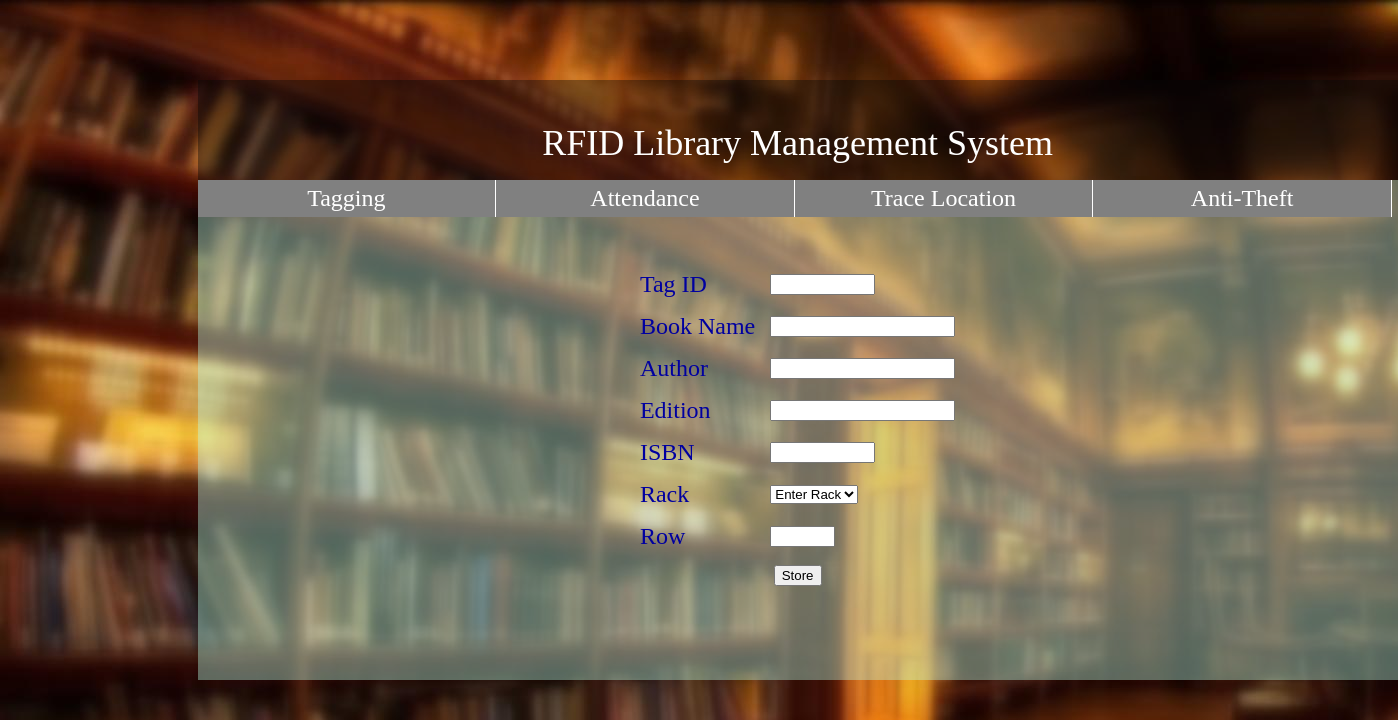
Repository: vigineshs/A-Smart-Data-Analyzer-for-Library-Management-System
Page: http://localhost/librarymgmt/tag.jsp
The author's editor kept a copy of each file at every save. The page is drawn from the files as they stood at one save, then again after the next save.
The browser window is 1280 px wide. The page is 1398 px wide, so the pictures cover 1398 px, including what lies to the right of the window. The pictures show the whole page.
The page is served by Tomcat 9.

Above is the page before, as saved 2013-02-11 16:05:21.

After the next save:
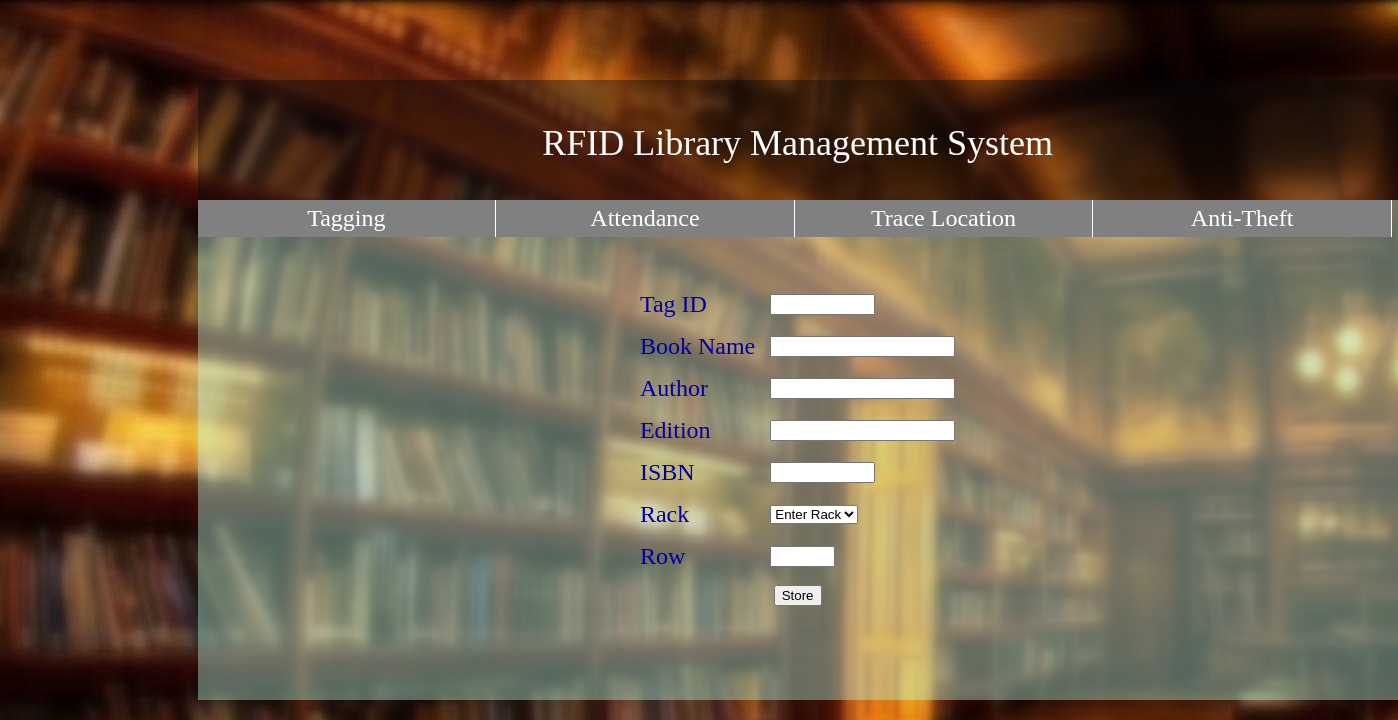
Saved 8 s later.
--- a/PassiveRFID/CS203-Version 1.0.6/Demo Applications/Dot Net C#/Demo Applications Source Code/RFID/librarymgmt/WebContent/page.css
+++ b/PassiveRFID/CS203-Version 1.0.6/Demo Applications/Dot Net C#/Demo Applications Source Code/RFID/librarymgmt/WebContent/page.css
@@ -66,7 +66,7 @@ background-image:url('images/header.png');
 font-family:Monotype Corsiva;
 font-size:36px;
 color:white;
-height:100px;
+height:120px;
 text-align:center;
 float:center;
 margin-top:80px;
